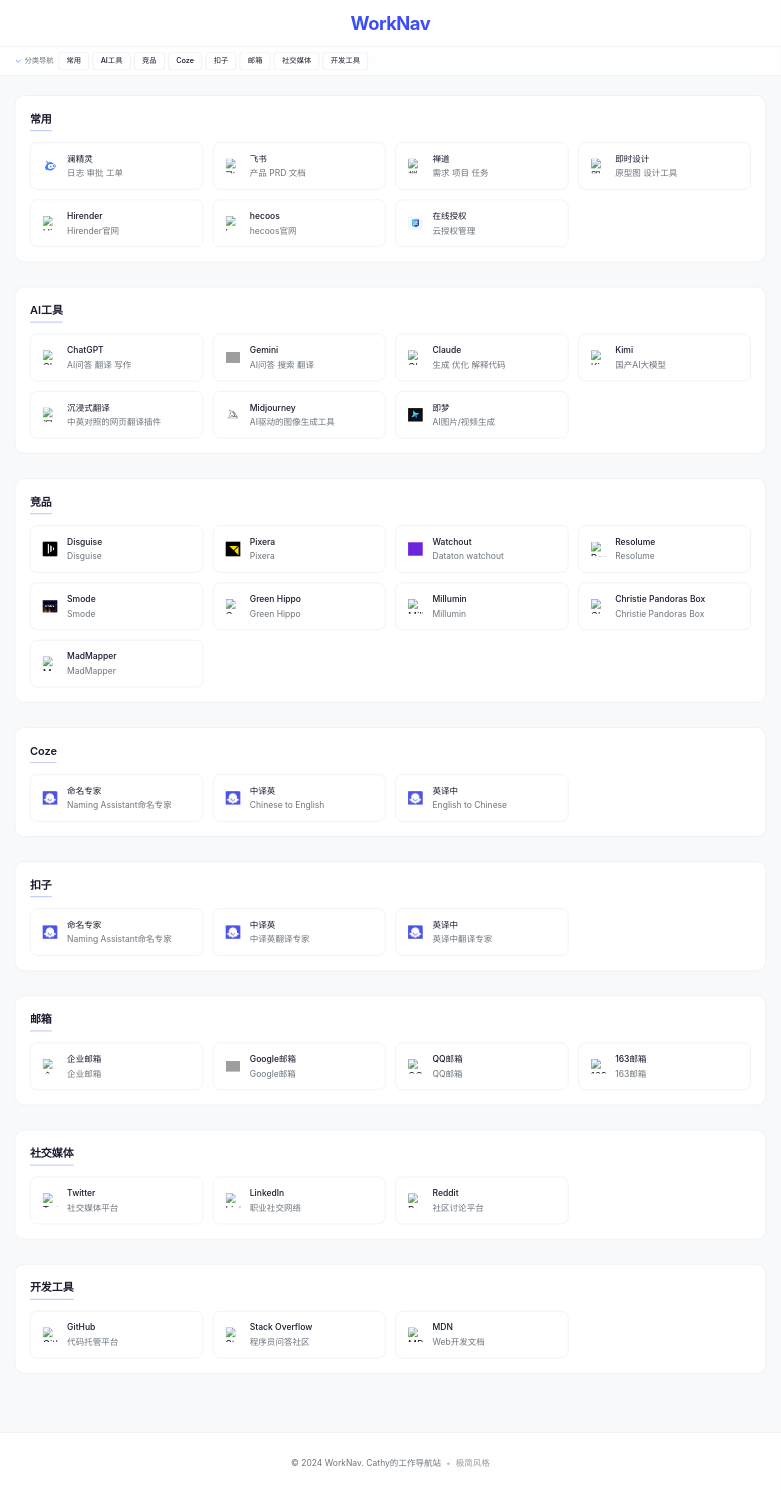
Repository: SweetPomelo0/WorkNav
Page: /
The author's editor kept a copy of each file at every save. The page is drawn from the files as they stood at one save, then again after the next save.
The browser window is 1280 px wide. The pictures show the whole page, at 61% of full size.
Pictures or frames that could not be fetched are drawn as grey boxes. The project was rebuilt for these pictures with package versions that can differ from the ones it lists, and the page was loaded fresh each time. The framework's server and built-in components were replaced by stand-ins that run in the browser. Also part of the build but not shown: next.config.ts.

Above is the page before, as saved 2025-07-26 21:36:05.

### src/app/layout.tsx
import type { Metadata } from "next";
import { Geist, Geist_Mono } from "next/font/google";
import "./globals.css";

const geistSans = Geist({
  variable: "--font-geist-sans",
  subsets: ["latin"],
});

const geistMono = Geist_Mono({
  variable: "--font-geist-mono",
  subsets: ["latin"],
});

export const metadata: Metadata = {
  title: "WorkNav - 工作网址导航",
  description: "一个简洁的工作网址导航页面",
};

export default function RootLayout({
  children,
}: Readonly<{
  children: React.ReactNode;
}>) {
  return (
    <html lang="en">
      <body
        className={`${geistSans.variable} ${geistMono.variable} antialiased`}
      >
        {children}
      </body>
    </html>
  );
}

### src/app/page.tsx
export default function Home() {
  // 定义导航分类和链接
  const categories = [
    {
      title: "常用",
      links: [
        { name: "澜精灵", url: "https://www.lanerp.com/Admin/index/index.html", desc: "日志 审批 工单", icon: "/img/lanjingling.png" },
        { name: "飞书", url: "https://enlightv.feishu.cn/wiki/D6Z1wOai9iVI4bkVlumcJprDn2e?fromScene=spaceOverview", desc: "产品 PRD 文档", icon: "https://feishu.cn/favicon.ico" },
        { name: "禅道", url: "https://enlightv.zentaopm.com/my/", desc: "需求 项目 任务", icon: "https://enlightv.zentaopm.com/favicon.ico" },
        { name: "即时设计", url: "https://js.design/recent", desc: "原型图 设计工具", icon: "https://img.js.design/assets/webImg/favicon.ico" },
        { name: "Hirender", url: "https://www.hirender.com/#/home", desc: "Hirender官网", icon: "https://www.hirender.com/favicon.ico" },
        { name: "hecoos", url: "https://www.hecoos.com/web/#/home", desc: "hecoos官网", icon: "https://www.hecoos.com/favicon.ico" },
        { name: "在线授权", url: "https://license.enlightv.com/web/", desc: "云授权管理", icon: "data:[embedded picture, 6295 characters]" },
      ]
    },
    {
      title: "AI工具",
      links: [
        { name: "ChatGPT", url: "https://chatgpt.com/", desc: "AI问答 翻译 写作", icon: "https://cdn.oaistatic.com/assets/favicon-180x180-od45eci6.webp" },
        { name: "Gemini", url: "https://gemini.google.com/app", desc: "AI问答 搜索 翻译", icon: "https://www.gstatic.com/lamda/images/gemini_sparkle_4g_512_lt_f94943af3be039176192d.png" },
        { name: "Claude", url: "https://claude.ai/", desc: "生成 优化 解释代码", icon: "https://claude.ai/favicon.ico" },
        { name: "Kimi", url: "https://www.kimi.com/", desc: "国产AI大模型", icon: "https://www.kimi.com/favicon.ico" },
        { name: "沉浸式翻译", url: "https://immersivetranslate.com/zh-Hans/?utm_source=ai-bot.cn", desc: "中英对照的网页翻译插件", icon: "https://immersivetranslate.com/favicon.ico" },
        { name: "Midjourney", url: "https://www.midjourney.com/explore?tab=video_top", desc: "AI驱动的图像生成工具", icon: "/img/mj.png" },
        { name: "即梦", url: "https://jimeng.jianying.com/ai-tool/home", desc: "AI图片/视频生成", icon: "/img/jimeng.png" }

      ]
    },
    {
      title: "竞品",
      links: [
        { name: "Disguise", url: "https://www.disguise.one/en", desc: "Disguise", icon: "/img/disguise.png" },
        { name: "Pixera", url: "https://pixera.one/zh/software/overview/", desc: "Pixera", icon: "/img/pixera.png" },
        { name: "Watchout", url: "https://www.dataton.com/", desc: "Dataton watchout", icon: "/img/watchout.png" },
        { name: "Resolume", url: "https://resolume.com/", desc: "Resolume", icon: "https://resolume.com/images/favicons/apple-touch-icon.png" },
        { name: "Smode", url: "https://www.smode.io/en/", desc: "Smode", icon: "/img/smode.png" },
        { name: "Green Hippo", url: "https://www.green-hippo.com/", desc: "Green Hippo", icon: "https://www.green-hippo.com/wp-content/themes/greenhippo/assets/icons/favicon.ico" },
        { name: "Millumin", url: "https://millumin.com/v5/index.php", desc: "Millumin", icon: "https://www.millumin.com/favicon/apple-icon-180x180.png" },
        { name: "Christie Pandoras Box", url: "https://www.christiedigital.com/products/christie-pandoras-box/", desc: "Christie Pandoras Box", icon: "https://www.christiedigital.com/apple-touch-icon.png" },
        { name: "MadMapper", url: "https://madmapper.com/madmapper/software", desc: "MadMapper", icon: "https://madmapper.com/images/favicon/apple-touch-icon.png" }

      ]
    },
    {
      title: "Coze",
      links: [
        { name: "命名专家", url: "https://www.coze.com/store/agent/7530562770308956161?bot_id=true", desc: "Naming Assistant命名专家", icon: "/img/coze.png" },
        { name: "中译英", url: "https://www.coze.com/store/agent/7530572378075152440?bot_id=true", desc: "Chinese to English", icon: "/img/coze.png" },
        { name: "英译中", url: "https://www.coze.com/store/agent/7530572202144694273?bot_id=true", desc: "English to Chinese", icon: "/img/coze.png" }
      ]
    },
    {
      title: "扣子",
      links: [
        { name: "命名专家", url: "https://www.coze.cn/store/agent/7530571775823577130?bot_id=true", desc: "Naming Assistant命名专家", icon: "/img/coze.png" },
        { name: "中译英", url: "https://www.coze.cn/store/agent/7530581452909035572?bot_id=true", desc: "中译英翻译专家", icon: "/img/coze.png" },
        { name: "英译中", url: "https://www.coze.cn/store/agent/7530581958234193970?bot_id=true", desc: "英译中翻译专家", icon: "/img/coze.png" }
      ]
    },
    {
      title: "邮箱",
      links: [
        { name: "企业邮箱", url: "https://exmail.qq.com/cgi-bin/frame_html?sid=qPUC22bEtIEF7kUt,2&sign_type=&r=586a2a390ca023395a120877ca5870f0", desc: "企业邮箱", icon: "https://exmail.qq.com/favicon.ico" },
        { name: "Google邮箱", url: "https://mail.google.com/mail/u/0/#inbox", desc: "Google邮箱", icon: "https://ssl.gstatic.com/ui/v1/icons/mail/rfr/gmail.ico" },
        { name: "QQ邮箱", url: "https://mail.qq.com/", desc: "QQ邮箱", icon: "https://mail.qq.com/favicon.ico" },
        { name: "163邮箱", url: "https://mail.163.com/", desc: "163邮箱", icon: "https://mail.163.com/favicon.ico" }
      ]
    },
    {
      title: "社交媒体",
      links: [
        { name: "Twitter", url: "https://twitter.com", desc: "社交媒体平台", icon: "https://twitter.com/favicon.ico" },
        { name: "LinkedIn", url: "https://www.linkedin.com", desc: "职业社交网络", icon: "https://www.linkedin.com/favicon.ico" },
        { name: "Reddit", url: "https://www.reddit.com", desc: "社区讨论平台", icon: "https://www.reddit.com/favicon.ico" }
      ]
    },
    {
      title: "开发工具",
      links: [
        { name: "GitHub", url: "https://github.com", desc: "代码托管平台", icon: "https://github.com/favicon.ico" },
        { name: "Stack Overflow", url: "https://stackoverflow.com", desc: "程序员问答社区", icon: "https://stackoverflow.com/favicon.ico" },
        { name: "MDN", url: "https://developer.mozilla.org", desc: "Web开发文档", icon: "https://developer.mozilla.org/favicon.ico" },
      ]
    }

  ];

  return (
    <div className="min-h-screen" style={{ background: 'var(--background)', color: 'var(--text-primary)' }}>
      {/* Header */}
      <header style={{ background: 'var(--header-bg)', borderBottom: '1px solid var(--card-border)' }}>
        <div className="max-w-7xl mx-auto px-6 py-5">
          <div className="text-center">
            <h1 className="text-3xl font-bold tracking-tight bg-clip-text text-transparent bg-gradient-to-r from-blue-600 to-indigo-600 dark:from-blue-400 dark:to-indigo-400">WorkNav</h1>
          </div>
        </div>
      </header>

      {/* Category Navigation */}
      <div className="sticky top-0 z-10" style={{ background: 'rgba(var(--header-bg-rgb), 0.85)', borderBottom: '1px solid var(--card-border)', backdropFilter: 'blur(12px)' }}>
        <div className="max-w-7xl mx-auto px-6 py-2 overflow-x-auto">
          <div className="flex items-center">
            <div className="flex-shrink-0 mr-2">
              <div className="flex items-center">
                <svg xmlns="http://www.w3.org/2000/svg" className="h-3 w-3 mr-1" fill="none" viewBox="0 0 24 24" stroke="currentColor" style={{ color: 'var(--accent)' }}>
                  <path strokeLinecap="round" strokeLinejoin="round" strokeWidth={2} d="M19 9l-7 7-7-7" />
                </svg>
                <span className="text-xs font-medium" style={{ color: 'var(--text-secondary)' }}>分类导航</span>
              </div>
            </div>
            <div className="flex space-x-1.5 overflow-x-auto scrollbar-thin flex-grow">
              {categories.map((category, index) => (
                <a
                  key={index}
                  href={`#category-${index}`}
                  className="text-xs font-medium whitespace-nowrap px-3 py-1.5 rounded-md transition-all duration-200 hover:scale-105 hover:shadow-md flex-shrink-0"
                  style={{
                    background: 'var(--card-bg)',
                    border: '1px solid var(--card-border)',
                    boxShadow: '0 1px 2px rgba(0,0,0,0.05)'
                  }}
                >
                  {category.title}
                </a>
              ))}
            </div>
          </div>
        </div>
      </div>

      {/* Main Content */}
       <main className="max-w-7xl mx-auto px-6 py-8">
         <div className="space-y-10">
           {categories.map((category, index) => (
             <div
               key={index}
               id={`category-${index}`}
               style={{
                 background: 'var(--card-bg)',
                 borderColor: 'var(--card-border)'
               }}
               className="rounded-2xl border p-6 transition-all duration-300 hover:shadow-lg"
             >
               <h2
                 className="text-lg font-semibold mb-6 relative inline-block"
                 style={{ color: 'var(--text-primary)' }}
               >
                 <span className="relative z-10">{category.title}</span>
                 <span
                  className="absolute bottom-0 left-0 w-full h-0.5 rounded-full opacity-30"
                  style={{ background: 'var(--accent)', transform: 'translateY(6px)' }}
                ></span>
               </h2>
               <div className="grid grid-cols-1 sm:grid-cols-2 lg:grid-cols-3 xl:grid-cols-4 gap-4">
                 {category.links.map((link, linkIndex) => (
                   <a
                     key={linkIndex}
                     href={link.url}
                     target="_blank"
                     rel="noopener noreferrer"
                     style={{
                       borderColor: 'var(--card-border)',
                       background: 'var(--card-bg)'
                     }}
                     className="block p-4 rounded-xl border hover:shadow-md transition-all duration-200 group relative"
                   >

                     <div className="flex items-center justify-between">
                       <div className="flex items-center flex-1">
                         <div className="w-8 h-8 mr-3 flex-shrink-0 flex items-center justify-center">
                           {link.icon ? (
                             <img
                               src={link.icon}
                               alt={`${link.name} icon`}
                               className="w-6 h-6 object-contain"
                             />
                           ) : (
                             <div
                               style={{ background: 'var(--card-hover)' }}
                               className="w-6 h-6 rounded-md flex items-center justify-center"
                             >
                               <span style={{ color: 'var(--text-secondary)' }} className="text-xs font-medium">
                                 {link.name.charAt(0).toUpperCase()}
                               </span>
                             </div>
                           )}
                         </div>
                         <div className="flex-1">
                           <h3
                             style={{ color: 'var(--text-primary)' }}
                             className="text-sm font-medium group-hover:text-blue-600 dark:group-hover:text-blue-400 transition-colors"
                           >
                             {link.name}
                           </h3>
                           <p
                             style={{ color: 'var(--text-secondary)' }}
                             className="text-sm mt-1"
                           >
                             {link.desc}
                           </p>
                         </div>
                       </div>

                     </div>
                   </a>
                 ))}
               </div>
             </div>
           ))}
         </div>
       </main>

      {/* Footer */}
      <footer style={{ borderTop: '1px solid var(--card-border)', background: 'var(--footer-bg)' }} className="mt-16">
        <div className="max-w-7xl mx-auto px-6 py-10">
          <div className="text-center">
            <p style={{ color: 'var(--text-secondary)' }} className="text-sm">
              © 2024 WorkNav. Cathy的工作导航站
              <span className="inline-block mx-2 opacity-50">•</span>
              <span className="opacity-70">极简风格</span>
            </p>
          </div>
        </div>
      </footer>
    </div>
  );
}

### src/app/globals.css
@import "tailwindcss";

:root {
  --background: #f8f9fa;
  --foreground: #1a1a2e;
  --card-bg: #ffffff;
  --card-border: #e9ecef;
  --card-hover: #f1f3f5;
  --accent: #4361ee;
  --accent-hover: #3a56d4;
  --text-primary: #1a1a2e;
  --text-secondary: #6c757d;
  --text-tertiary: #adb5bd;
  --header-bg: #ffffff;
  --header-bg-rgb: 255, 255, 255;
  --footer-bg: #ffffff;
}

@theme inline {
  --color-background: var(--background);
  --color-foreground: var(--foreground);
  --font-sans: var(--font-geist-sans);
  --font-mono: var(--font-geist-mono);
}

@media (prefers-color-scheme: dark) {
  :root {
    --background: #121212;
    --foreground: #f8f9fa;
    --card-bg: #1e1e1e;
    --card-border: #2d2d2d;
    --card-hover: #2a2a2a;
    --accent: #4361ee;
    --accent-hover: #5a72f0;
    --text-primary: #f8f9fa;
    --text-secondary: #adb5bd;
    --text-tertiary: #6c757d;
    --header-bg: #1a1a1a;
    --header-bg-rgb: 26, 26, 26;
    --footer-bg: #1a1a1a;
  }
}

body {
  background: var(--background);
  color: var(--foreground);
  font-family:
    "Inter",
    -apple-system,
    BlinkMacSystemFont,
    "Segoe UI",
    Roboto,
    Oxygen,
    Ubuntu,
    Cantarell,
    "Open Sans",
    "Helvetica Neue",
    sans-serif;
}

/* 平滑滚动和过渡效果 */
html {
  scroll-behavior: smooth;
}

* {
  transition:
    background-color 0.2s ease,
    border-color 0.2s ease,
    transform 0.2s ease;
}

/* 自定义滚动条 */
::-webkit-scrollbar {
  width: 8px;
  height: 8px;
}

::-webkit-scrollbar-track {
  background: transparent;
}

::-webkit-scrollbar-thumb {
  background: var(--text-tertiary);
  border-radius: 4px;
}

::-webkit-scrollbar-thumb:hover {
  background: var(--text-secondary);
}

After the next save:
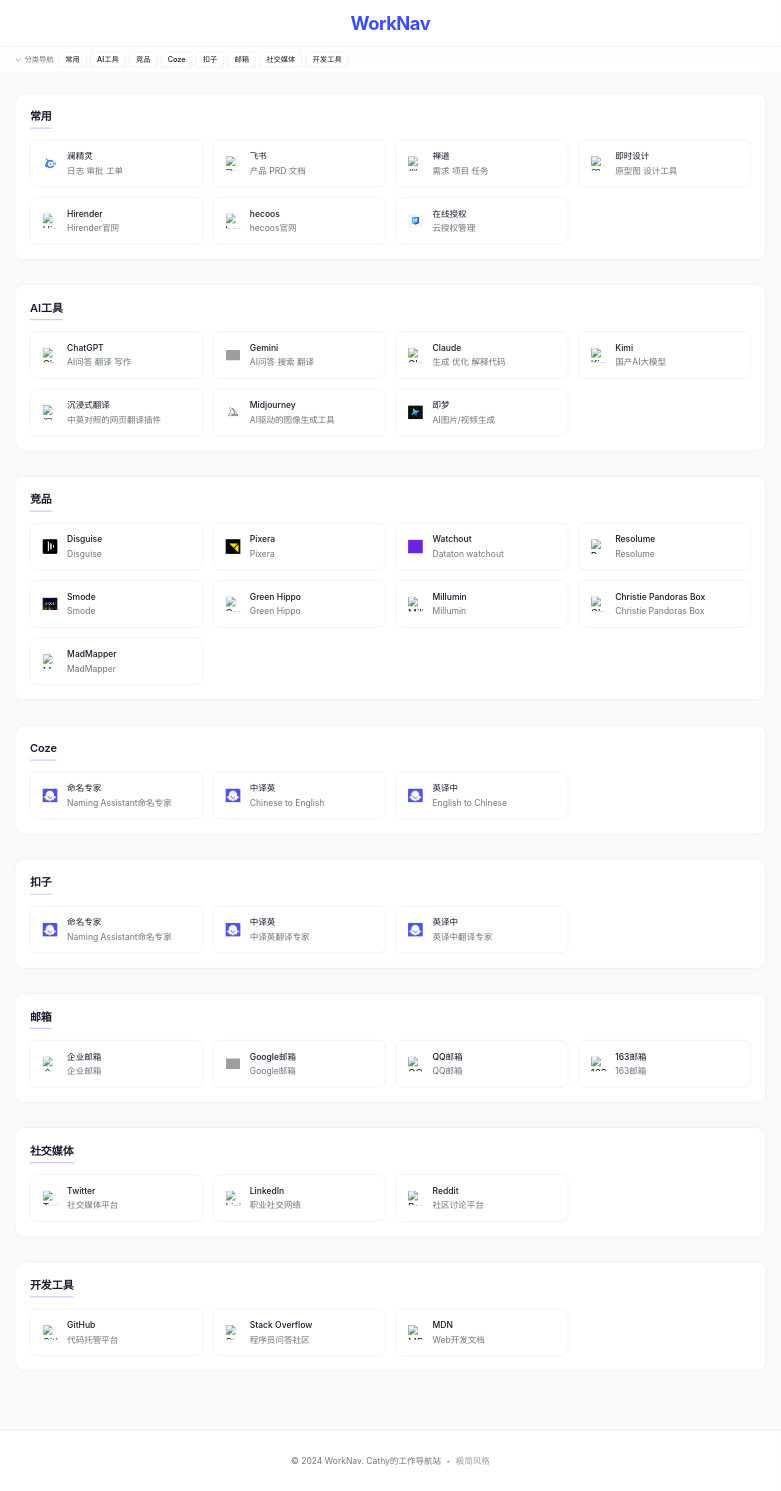
Saved 7 s later.
--- a/src/app/page.tsx
+++ b/src/app/page.tsx
@@ -113,7 +113,7 @@
                 <a
                   key={index}
                   href={`#category-${index}`}
-                  className="text-xs font-medium whitespace-nowrap px-3 py-1.5 rounded-md transition-all duration-200 hover:scale-105 hover:shadow-md flex-shrink-0"
+                  className="text-xs font-medium whitespace-nowrap px-2.5 py-1 rounded-md transition-all duration-200 hover:scale-105 hover:shadow-md flex-shrink-0"
                   style={{
                     background: 'var(--card-bg)',
                     border: '1px solid var(--card-border)',
